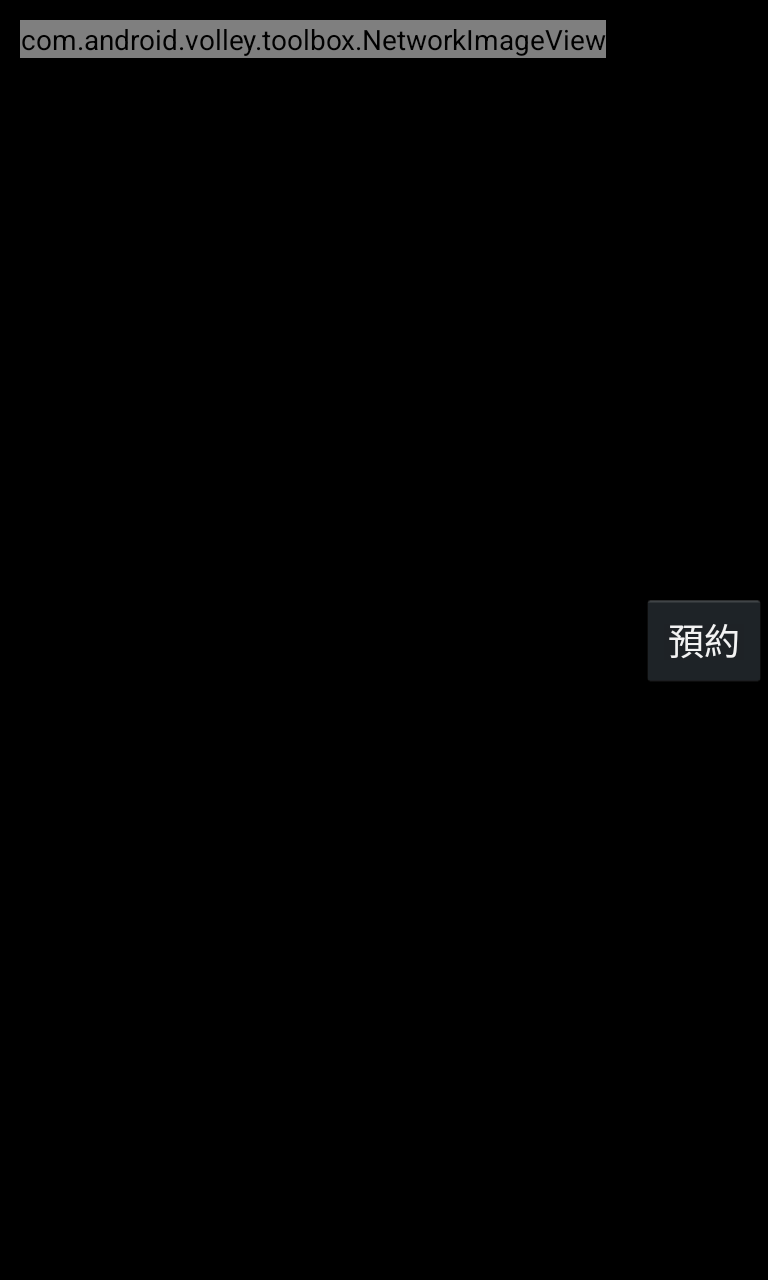
Repository: cnevinc/togather
Layout: GeorgeMe/res/layout/list_item_shop.xml
These files come from the project's save history. The layout is drawn as it stood at one moment and after the next save; the edit follows.
Pictures or frames that could not be fetched are drawn as grey boxes. It is drawn on a 768 x 1280 px phone screen (xhdpi) without system bars, with theme android:Theme.Holo; the app's code is not run.

Above is the layout before, as saved 2014-07-26 18:39:07.

### GeorgeMe/res/layout/list_item_shop.xml
<?xml version="1.0" encoding="utf-8"?>
<FrameLayout xmlns:android="http://schemas.android.com/apk/res/android"
    android:layout_width="fill_parent"
    android:layout_margin="10dp"
    android:layout_height="fill_parent" >

    <RelativeLayout
        android:id="@+id/back"
        android:layout_width="match_parent"
        android:layout_height="match_parent"
        android:tag="back" >

        <TextView
            android:id="@+id/other_info"
            android:layout_width="wrap_content"
            android:layout_height="wrap_content"
            android:layout_centerInParent="true"
            android:layout_alignParentLeft="true"
            android:layout_toLeftOf="@+id/other_action"
            android:text="Name"
            android:textColor="#ffffff"
            android:textSize="20sp" />

        <Button
            android:id="@+id/other_action"
            android:layout_width="wrap_content"
            android:layout_height="wrap_content"
            android:layout_alignParentRight="true"
            android:text="觀看食記"
 >
        </Button>
    </RelativeLayout>

    <RelativeLayout
        android:id="@+id/front"
        android:layout_width="match_parent"
        android:layout_height="match_parent"
        android:background="#000000"
        android:orientation="vertical"
        android:paddingBottom="10dp"
        android:tag="front" >

        <com.android.volley.toolbox.NetworkImageView
            xmlns:app="http://schemas.android.com/apk/res-auto"
            android:id="@+id/thumbail"
            android:layout_width="wrap_content"
            android:layout_height="wrap_content"
            android:layout_marginLeft="10dp"
            android:layout_marginTop="10dp"
            android:background="@drawable/ic_launcher" />

        <!-- android:layout_centerVertical="true" -->

        <RelativeLayout
            android:id="@+id/relativeLayout1"
            android:layout_width="wrap_content"
            android:layout_height="wrap_content"
            android:layout_centerInParent="true"
            android:layout_margin="10dp"
            android:layout_toRightOf="@+id/thumbail"
            android:layout_toLeftOf="@+id/main_action"
            android:gravity="center" >

            <!-- android:layout_alignParentTop="true" -->

            <TextView
                android:id="@+id/title"
                android:layout_width="wrap_content"
                android:layout_height="wrap_content"
                android:layout_marginLeft="10dp"
                android:layout_marginTop="10dp"
                android:text="title"
                android:textColor="#ffffff"
                android:textSize="25sp" />

            <TextView
                android:id="@+id/desc"
                android:layout_width="wrap_content"
                android:layout_height="wrap_content"
                android:layout_below="@+id/title"
                android:layout_marginLeft="10dp"
                android:text="desc"
                android:textColor="#ffffff" />
        </RelativeLayout>

        <Button
            android:id="@+id/main_action"
            android:layout_width="wrap_content"
            android:layout_height="wrap_content"
            android:layout_alignParentRight="true"
            android:text="預約"
            android:layout_centerVertical="true" >
        </Button>
    </RelativeLayout>

</FrameLayout>

After the next save:
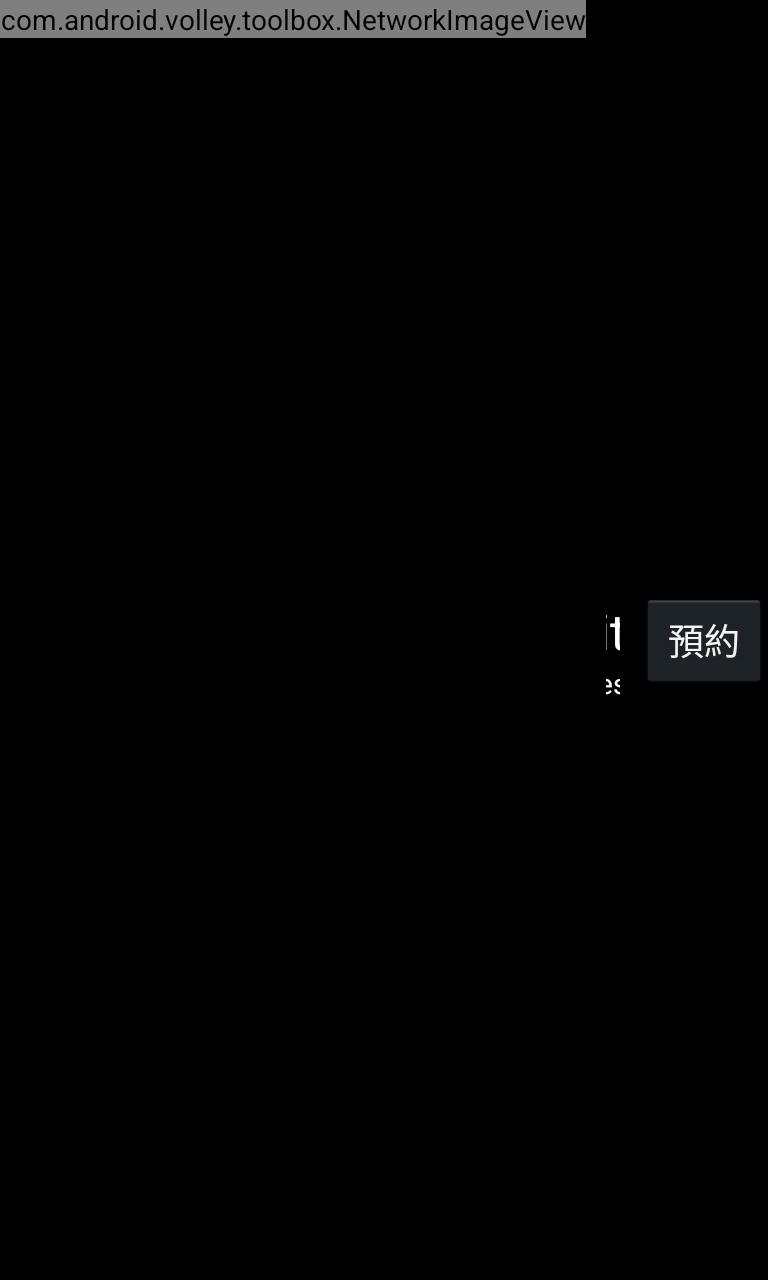
Saved 8 min 37 s later.
--- a/GeorgeMe/res/layout/list_item_shop.xml
+++ b/GeorgeMe/res/layout/list_item_shop.xml
@@ -45,8 +45,6 @@
             android:id="@+id/thumbail"
             android:layout_width="wrap_content"
             android:layout_height="wrap_content"
-            android:layout_marginLeft="10dp"
-            android:layout_marginTop="10dp"
             android:background="@drawable/ic_launcher" />
 
         <!-- android:layout_centerVertical="true" -->
